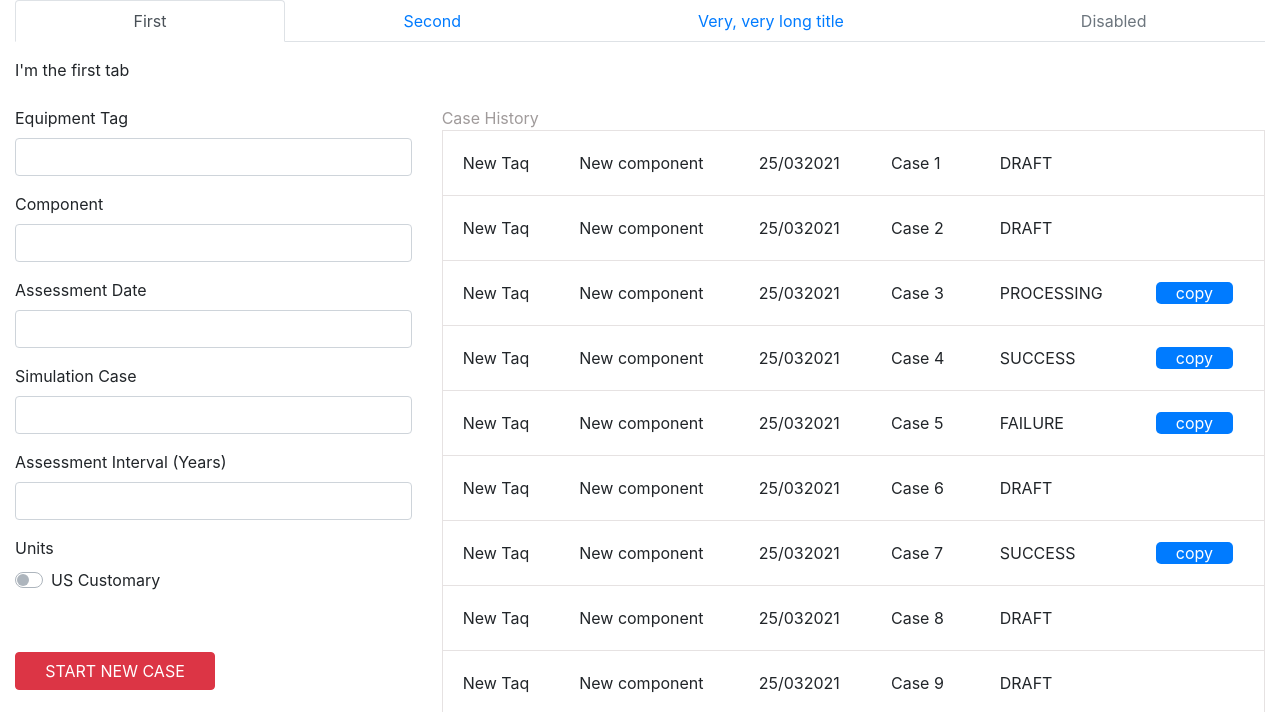
Repository: arif286/dashboard
Page: /
An editor plug-in stored every save of this project. The page is shown before and after the next save, followed by the edit.
The browser window is 1280 px wide. The pictures show the whole page.
An inner scrolling area shows only its first screen. The project was rebuilt for these pictures with package versions that can differ from the ones it lists, and the page was loaded fresh each time. The framework's server and built-in components were replaced by stand-ins that run in the browser. Also part of the build but not shown: nuxt.config.js, components/Nav.vue.

Above is the page before, as saved 2021-06-18 19:58:42.

### components/Form.vue
<template>
  <div>
    <form class="Assessment-input" action="">
      <div class="mb-3">
        <label for="Input1" class="form-label">Equipment Tag</label>
        <input id="Input1" type="text" class="form-control">
      </div>
      <div class="mb-3">
        <label for="Input2" class="form-label">Component</label>
        <input id="Input2" type="text" class="form-control">
      </div>
      <div class="mb-3">
        <label for="Input3" class="form-label">Assessment Date</label>
        <input id="Input3" type="text" class="form-control">
      </div>
      <div class="mb-3">
        <label for="Input4" class="form-label">Simulation Case</label>
        <input id="Input4" type="text" class="form-control">
      </div>
      <div class="mb-3">
        <label for="Input5" class="form-label">Assessment Interval (Years)</label>
        <input id="Input5" type="text" class="form-control">
      </div>
      <div>
        <label for="Input5" class="form-label">Units</label>
        <b-form-checkbox v-model="checked" name="check-button" switch>
          US Customary
        </b-form-checkbox>
      </div>
      <b-button class="submit-button" type="submit" variant="danger">
        START NEW CASE
      </b-button>
    </form>
  </div>
</template>
<script>
export default {
  data () {
    return {
      form: {
        email: '',
        name: '',
        food: null,
        checked: []
      },
      foods: [
        { text: 'Select One', value: null },
        'Carrots',
        'Beans',
        'Tomatoes',
        'Corn'
      ],
      show: true,
      checked: false
    }
  },
  methods: {
    onSubmit (event) {
      event.preventDefault()
      alert(JSON.stringify(this.form))
    }
  }
}
</script>
<style>
.submit-button {
  width: 200px;
  margin-top: 60px;
}
.Assessment-input input:focus {
  border-color: red;
  box-shadow: none;
}
</style>

### components/Table.vue
<template>
  <div class="table-contain">
    <p class="title">
      Case History
    </p>
    <table class="w-100 table-border">
      <tbody>
        <tr v-for="item in data" :key="item.id">
          <td>{{ item.equipmentTag }}</td>
          <td>{{ item.component }}</td>
          <td>{{ item.assessmentDate }}</td>
          <td>Case {{ item.case }}</td>
          <td>
            <span>
              {{ item.status }}
            </span>
          </td>
          <td>
            <span :class="item.copy ? 'copy-btn' : ''">{{ item.copy ? 'copy' : '' }}</span>
          </td>
        </tr>
      </tbody>
    </table>
  </div>
</template>

<script>
export default {
  props: {
    data: {
      type: Array,
      required: true
    }
  }
}
</script>
<style scoped>

.table-border tr{
 border: 1px solid #e6e2e2;
}
.table-border td{
  padding: 20px;
}
.title{
  margin-bottom: 0px;
  color: #a09b9b;
}
.table-contain {
  height: 606px;
  overflow-y: scroll;
}
.copy-btn{
  background-color: #007bff;
  padding: 1px 20px;
  color: white;
  border-radius: 5px;
}
.status-draft{
  color: #007bff;
}
.status-process{
  color: orange;
}
.status-success{
  color: greenyellow;
}
.status-failure{
  color: red;
}
</style>

### pages/index.vue
<template>
  <div class="container">
    <div>
      <b-tabs content-class="mt-3" fill>
        <b-tab title="First" active>
          <p>I'm the first tab</p>
        </b-tab>
        <b-tab title="Second">
          <p>I'm the second tab</p>
        </b-tab>
        <b-tab title="Very, very long title">
          <p>I'm the tab with the very, very long title</p>
        </b-tab>
        <b-tab title="Disabled" disabled>
          <p>I'm a disabled tab!</p>
        </b-tab>
      </b-tabs>
    </div>
    <div class="row mt-4">
      <div class="col-4">
        <Form />
      </div>
      <div class="col-8">
        <Table :data="dashboardData" />
      </div>
    </div>
  </div>
</template>

<script>
import { dashboardData } from '@/assets/dashboard.js'
// eslint-disable-next-line semi
export default {
  data () {
    return { dashboardData }
  }
}
</script>

<style>
.container {
  max-width: 1860px;
}
</style>

### assets/dashboard.js
export const dashboardData = [
  {
    id: 1,
    equipmentTag: 'New Taq',
    component: 'New component',
    assessmentDate: '25/032021',
    case: 1,
    status: 'DRAFT'
  },
  {
    id: 2,
    equipmentTag: 'New Taq',
    component: 'New component',
    assessmentDate: '25/032021',
    case: 2,
    status: 'DRAFT'
  },
  {
    id: 3,
    equipmentTag: 'New Taq',
    component: 'New component',
    assessmentDate: '25/032021',
    case: 3,
    status: 'PROCESSING',
    copy: true
  },
  {
    id: 4,
    equipmentTag: 'New Taq',
    component: 'New component',
    assessmentDate: '25/032021',
    case: 4,
    status: 'SUCCESS',
    copy: true
  },
  {
    id: 5,
    equipmentTag: 'New Taq',
    component: 'New component',
    assessmentDate: '25/032021',
    case: 5,
    status: 'FAILURE',
    copy: true
  },
  {
    id: 6,
    equipmentTag: 'New Taq',
    component: 'New component',
    assessmentDate: '25/032021',
    case: 6,
    status: 'DRAFT'
  },
  {
    id: 7,
    equipmentTag: 'New Taq',
    component: 'New component',
    assessmentDate: '25/032021',
    case: 7,
    status: 'SUCCESS',
    copy: true
  },
  {
    id: 8,
    equipmentTag: 'New Taq',
    component: 'New component',
    assessmentDate: '25/032021',
    case: 8,
    status: 'DRAFT'
  },
  {
    id: 9,
    equipmentTag: 'New Taq',
    component: 'New component',
    assessmentDate: '25/032021',
    case: 9,
    status: 'DRAFT'
  },
  {
    id: 10,
    equipmentTag: 'New Taq',
    component: 'New component',
    assessmentDate: '25/032021',
    case: 10,
    status: 'DRAFT'
  }
]

Loaded but not shown: layouts/default.vue (common file)

After the next save:
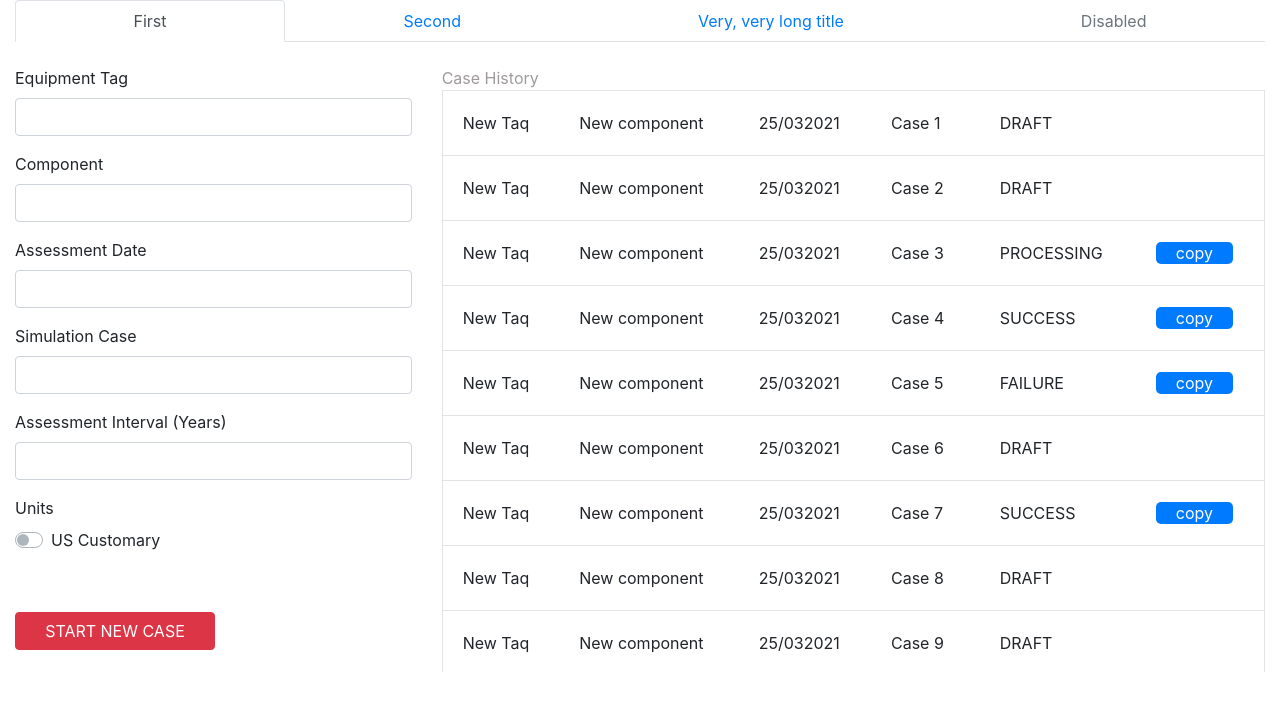
Saved 59 s later.
--- a/pages/index.vue
+++ b/pages/index.vue
@@ -3,7 +3,14 @@
     <div>
       <b-tabs content-class="mt-3" fill>
         <b-tab title="First" active>
-          <p>I'm the first tab</p>
+          <div class="row mt-4">
+            <div class="col-4">
+              <Form />
+            </div>
+            <div class="col-8">
+              <Table :data="dashboardData" />
+            </div>
+          </div>
         </b-tab>
         <b-tab title="Second">
           <p>I'm the second tab</p>
@@ -15,14 +22,6 @@
           <p>I'm a disabled tab!</p>
         </b-tab>
       </b-tabs>
-    </div>
-    <div class="row mt-4">
-      <div class="col-4">
-        <Form />
-      </div>
-      <div class="col-8">
-        <Table :data="dashboardData" />
-      </div>
     </div>
   </div>
 </template>
